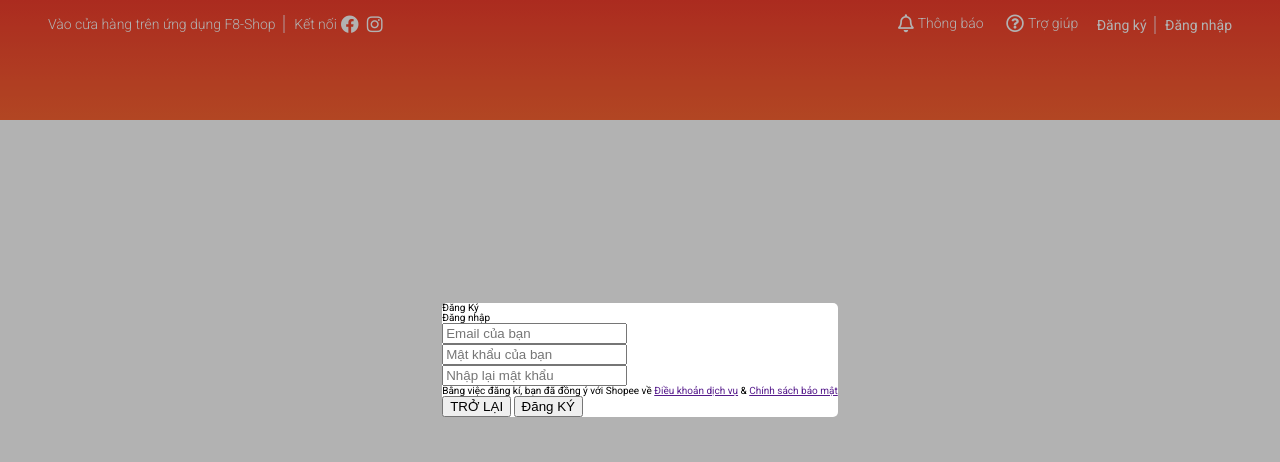
Repository: vanntrong/F8-Shop
Page: index.html
The author's editor kept a copy of each file at every save. The page is drawn from the files as they stood at one save, then again after the next save.
The browser window is 1280 px wide. The pictures show the whole page.

Above is the page before, as saved 2021-09-01 19:48:02.

After the next save:
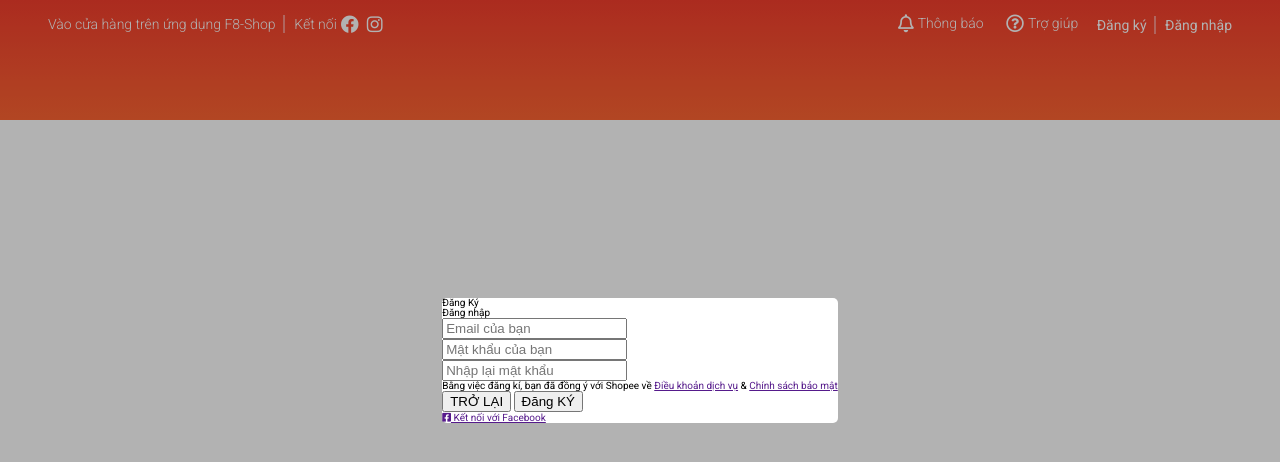
Saved 2 min 19 s later.
--- a/index.html
+++ b/index.html
@@ -185,7 +185,12 @@
               <button class="btn btn--primary">Đăng KÝ</button>
             </div>
 
-            <div class="auth-form__socials"></div>
+            <div class="auth-form__socials">
+              <a href="" class="btn btn--with-icon">
+                <i class="fab fa-facebook-square"></i>
+                Kết nối với Facebook
+              </a>
+            </div>
           </div>
         </div>
       </div>
